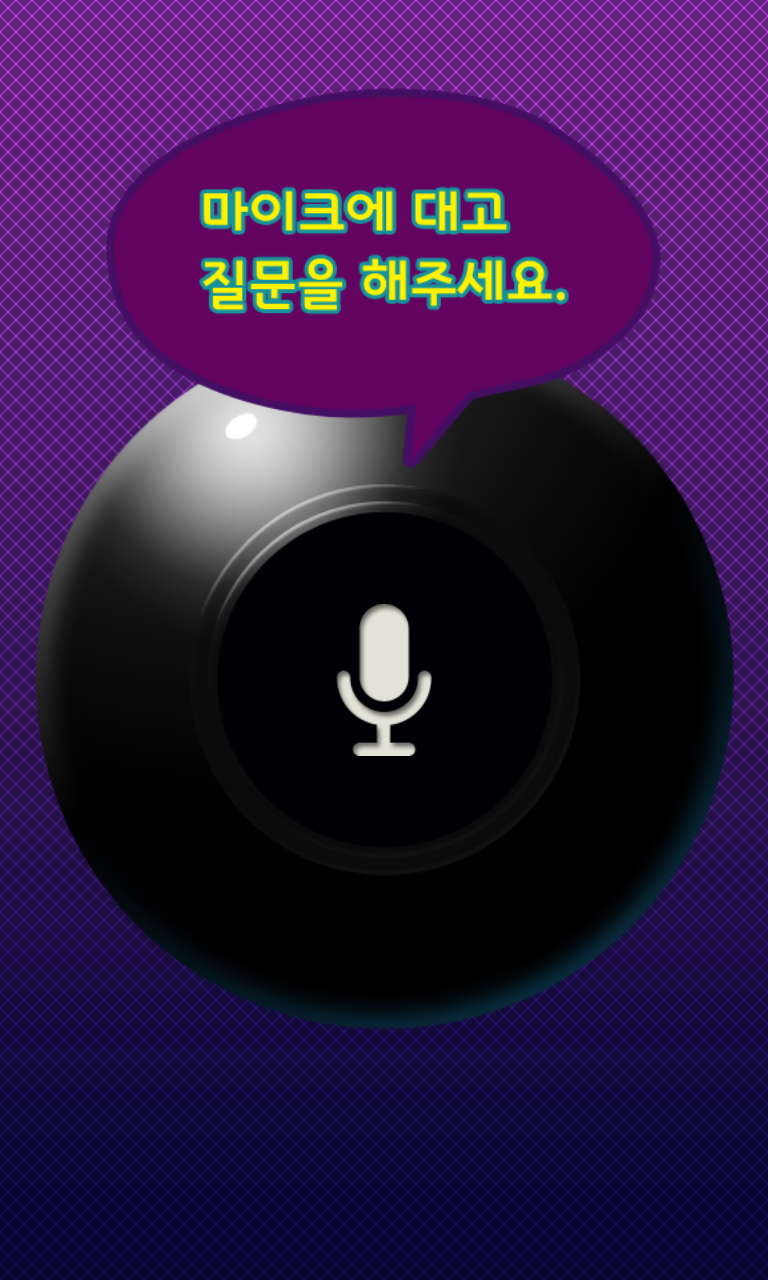
Repository: LimHeeJho/masicBall
Layout: MagicBall/res/layout/activity_main.xml
An editor plug-in stored every save of this project. The layout is shown before and after the next save, followed by the edit.
It is drawn on a 768 x 1280 px phone screen (xhdpi) without system bars, with theme AppTheme; the app's code is not run.

Above is the layout before, as saved 2013-07-17 08:23:02.

After the next save:
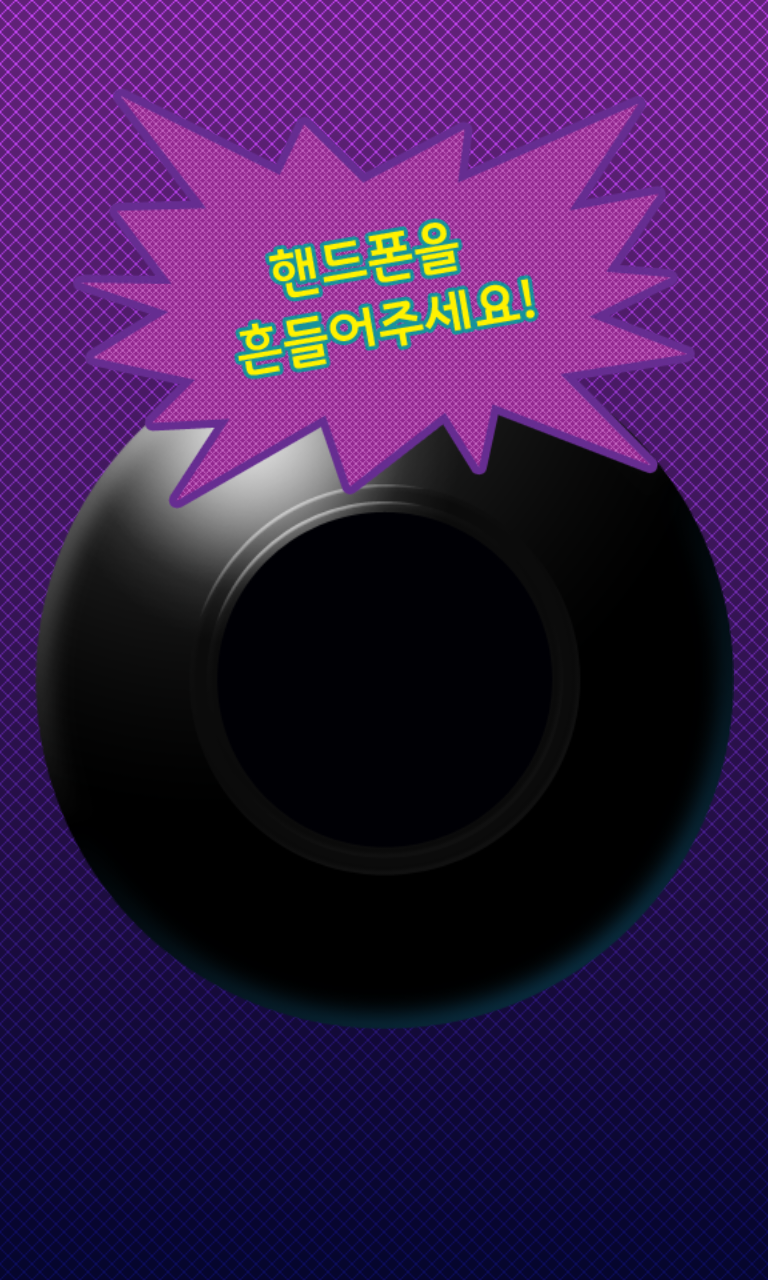
Saved 2 min 28 s later.
--- a/MagicBall/res/layout/activity_main.xml
+++ b/MagicBall/res/layout/activity_main.xml
@@ -25,13 +25,6 @@
                 android:layout_centerHorizontal="true"
                 android:src="@drawable/ball" />
 
-            <ImageView
-                android:id="@+id/mic"
-                android:layout_width="wrap_content"
-                android:layout_height="wrap_content"
-                android:layout_centerHorizontal="true"
-                android:layout_centerVertical="true"
-                android:src="@drawable/mic" />
         </RelativeLayout>
 
         <ImageView
@@ -41,7 +34,7 @@
             android:layout_alignParentTop="true"
             android:layout_centerHorizontal="true"
             android:layout_marginTop="44dp"
-            android:src="@drawable/guide_mod" />
+            android:src="@drawable/shake_guide" />
     </RelativeLayout>
 
 </RelativeLayout>

After the save that followed:
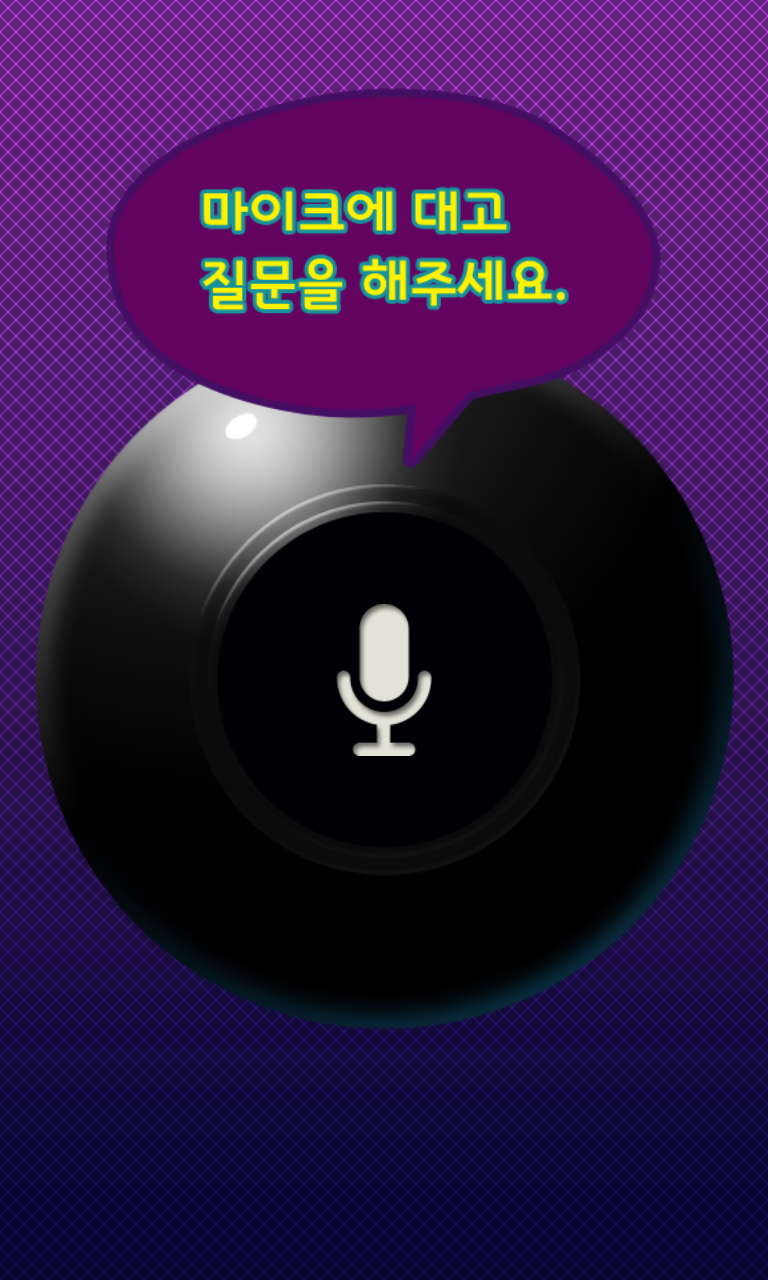
Saved 34 s later.
--- a/MagicBall/res/layout/activity_main.xml
+++ b/MagicBall/res/layout/activity_main.xml
@@ -25,6 +25,13 @@
                 android:layout_centerHorizontal="true"
                 android:src="@drawable/ball" />
 
+            <ImageView
+                android:id="@+id/mic"
+                android:layout_width="wrap_content"
+                android:layout_height="wrap_content"
+                android:layout_centerHorizontal="true"
+                android:layout_centerVertical="true"
+                android:src="@drawable/mic" />
         </RelativeLayout>
 
         <ImageView
@@ -34,7 +41,7 @@
             android:layout_alignParentTop="true"
             android:layout_centerHorizontal="true"
             android:layout_marginTop="44dp"
-            android:src="@drawable/shake_guide" />
+            android:src="@drawable/guide_mod" />
     </RelativeLayout>
 
 </RelativeLayout>
